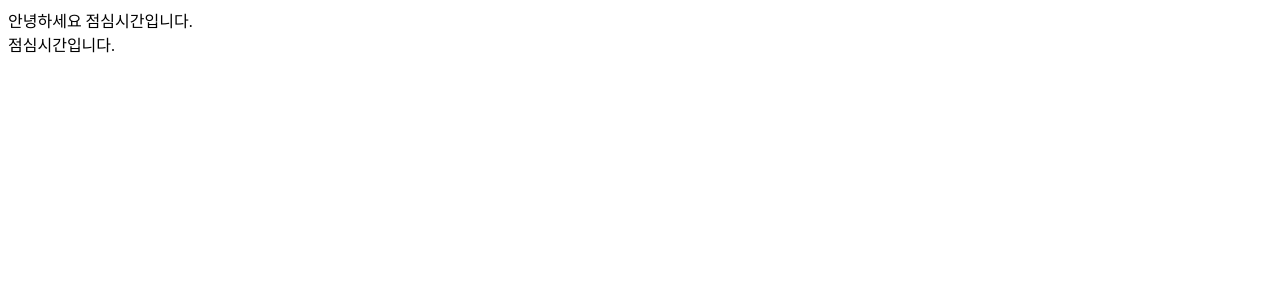
Repository: kdw1437/CreateBoardProject
Page: http://localhost/Model2-day1/JstlTest.jsp
The author's editor kept a copy of each file at every save. The page is drawn from the files as they stood at one save, then again after the next save.
The browser window is 1280 px wide. The pictures show the whole page.
The page is served by Tomcat 9. Other server files are loaded and not shown.

Above is the page before, as saved 2024-08-10 14:20:36.

### Model2-day1/src/main/webapp/JstlTest.jsp
<%@ page language="java" contentType="text/html; charset=EUC-KR"
    pageEncoding="EUC-KR"%>
<%@ taglib prefix="c" uri = "http://java.sun.com/jsp/jstl/core"%>
<!DOCTYPE html>
<html>
<body>

<!-- 변수 선언하는 방법 -->
<c:set var="i" value="4" />

<!-- if문 사용법 -->
<c:if test="${ i > 3 }">


	안녕하세요
</c:if>

<!-- 반복문 for -->

<c:forEach var="i" begin="1" end="10" step="${i=i+1}">

점심시간입니다. <br>

</c:forEach>

</body>
</html>

After the next save:
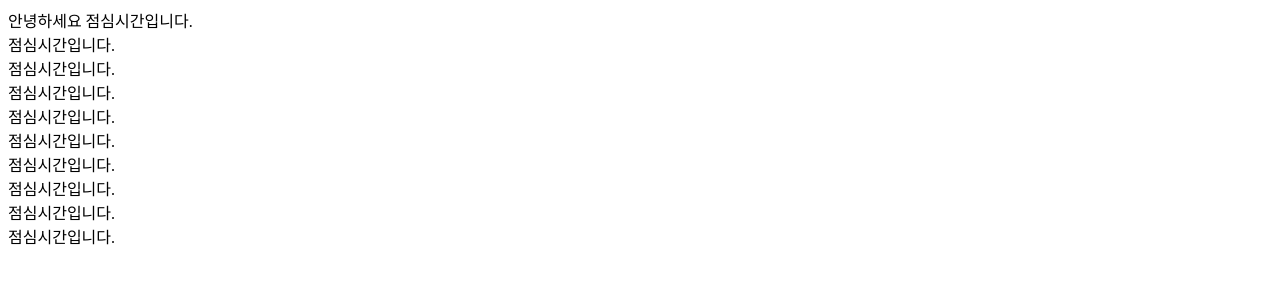
Saved 30 s later.
--- a/Model2-day1/src/main/webapp/JstlTest.jsp
+++ b/Model2-day1/src/main/webapp/JstlTest.jsp
@@ -17,7 +17,7 @@
 
 <!-- 반복문 for -->
 
-<c:forEach var="i" begin="1" end="10" step="${i=i+1}">
+<c:forEach var="i" begin="1" end="10" >
 
 점심시간입니다. <br>
 
